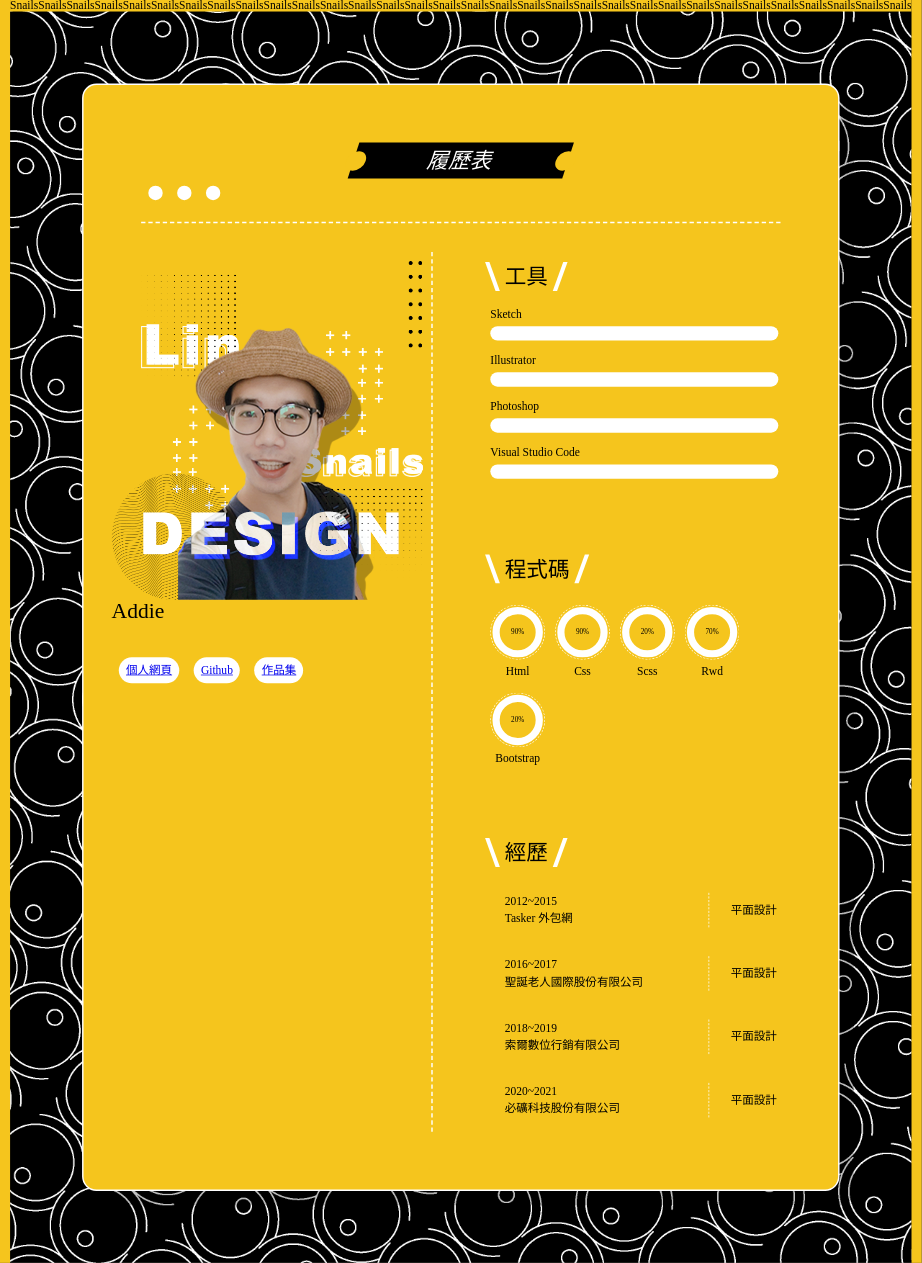
Repository: addie1988/resume
Page: index.html
An editor plug-in stored every save of this project. The page is shown before and after the next save, followed by the edit.
The browser window is 1280 px wide. The pictures show the whole page, at 72% of full size.

Above is the page before, as saved 2021-11-24 11:39:35.
Not found: js/style.js

After the next save:
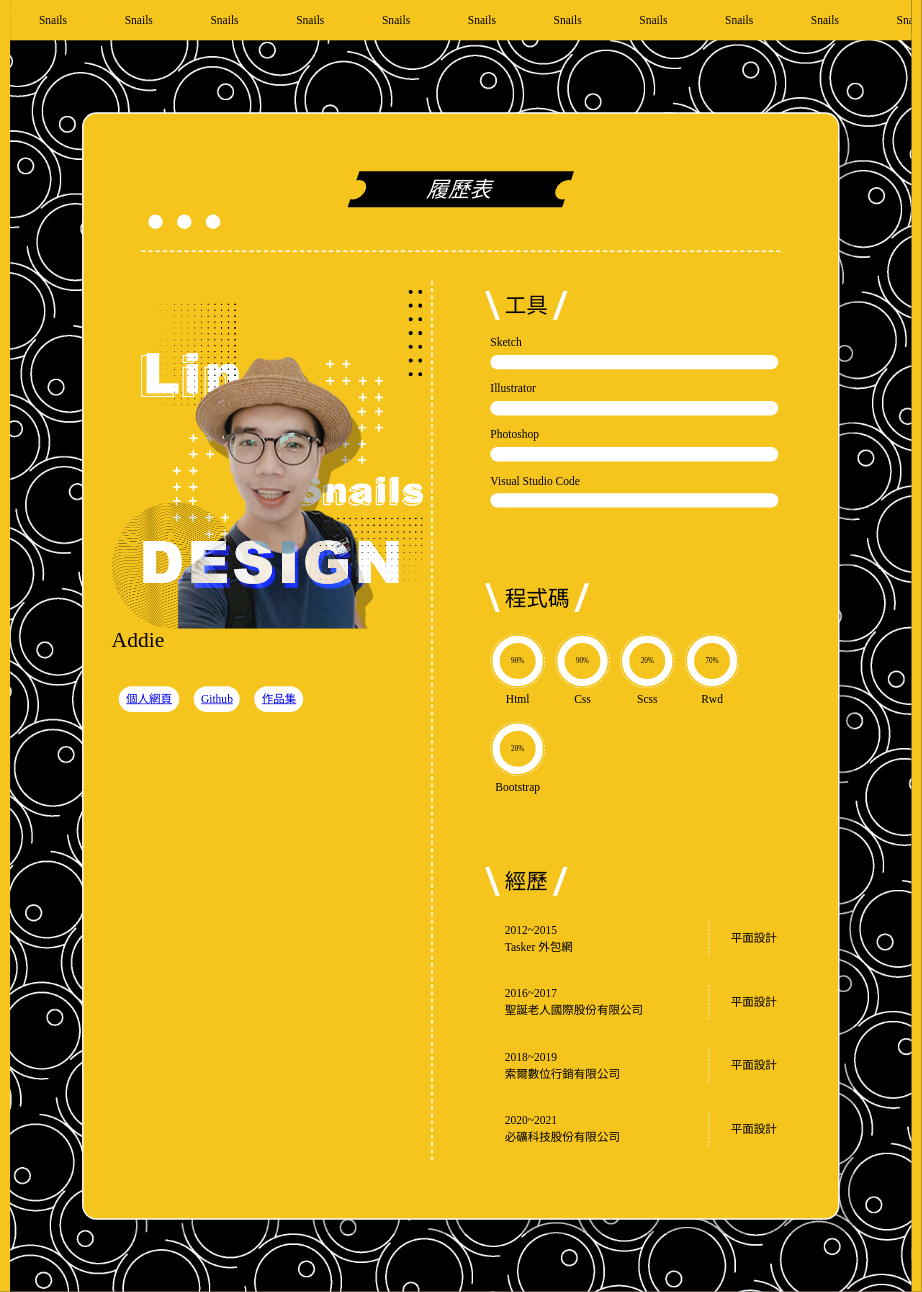
Saved 2 min 15 s later.
--- a/css/style.css
+++ b/css/style.css
@@ -166,6 +166,11 @@ table {
   background-color: var(--background-color);
 }
 
+.Carousel_content ul li {
+    margin: 0 20px;
+    padding: 20px;
+}
+
 .personal_content {
   width: 100%;
   height: 100%;
